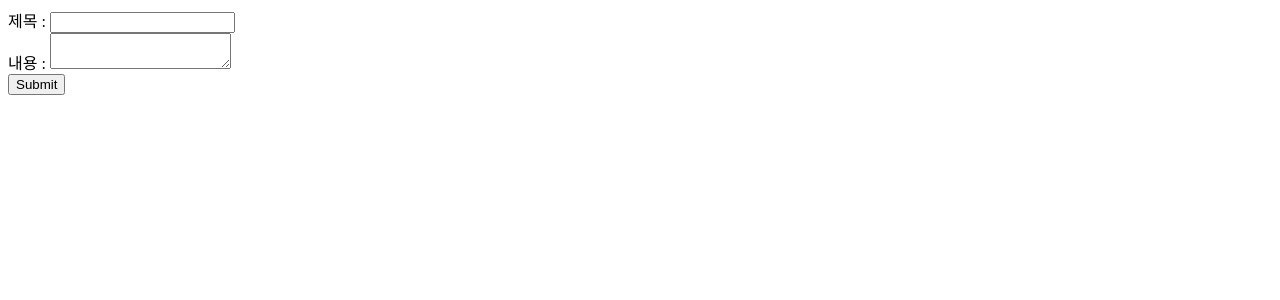
Repository: hongsungwoooo/per_study_jsp
Page: day02/src/main/webapp/reg.html
An editor plug-in stored every save of this project. The page is shown before and after the next save, followed by the edit.
The browser window is 1280 px wide. The pictures show the whole page.

Above is the page before, as saved 2022-10-05 04:54:11.

After the next save:
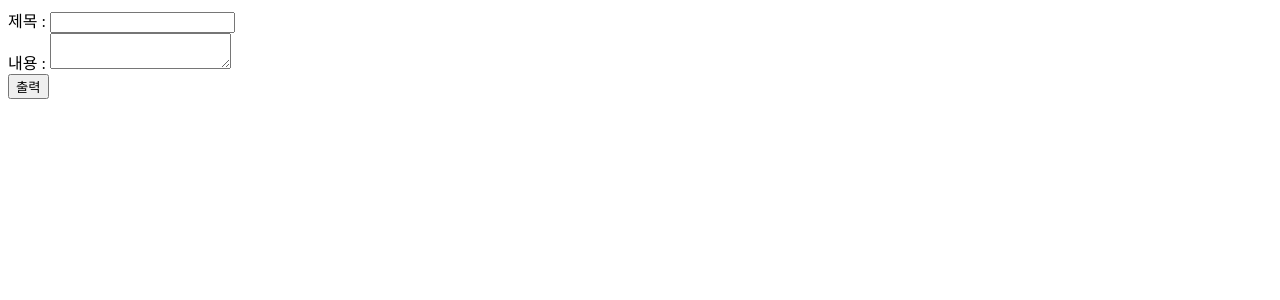
Saved 5 s later.
--- a/day02/src/main/webapp/reg.html
+++ b/day02/src/main/webapp/reg.html
@@ -15,7 +15,7 @@
 			<textarea name="content"></textarea>
 		</div>
 		<div>
-			<input type="submit" valeu="출력">
+			<input type="submit" value="출력">
 		</div>
 	</form>
 
